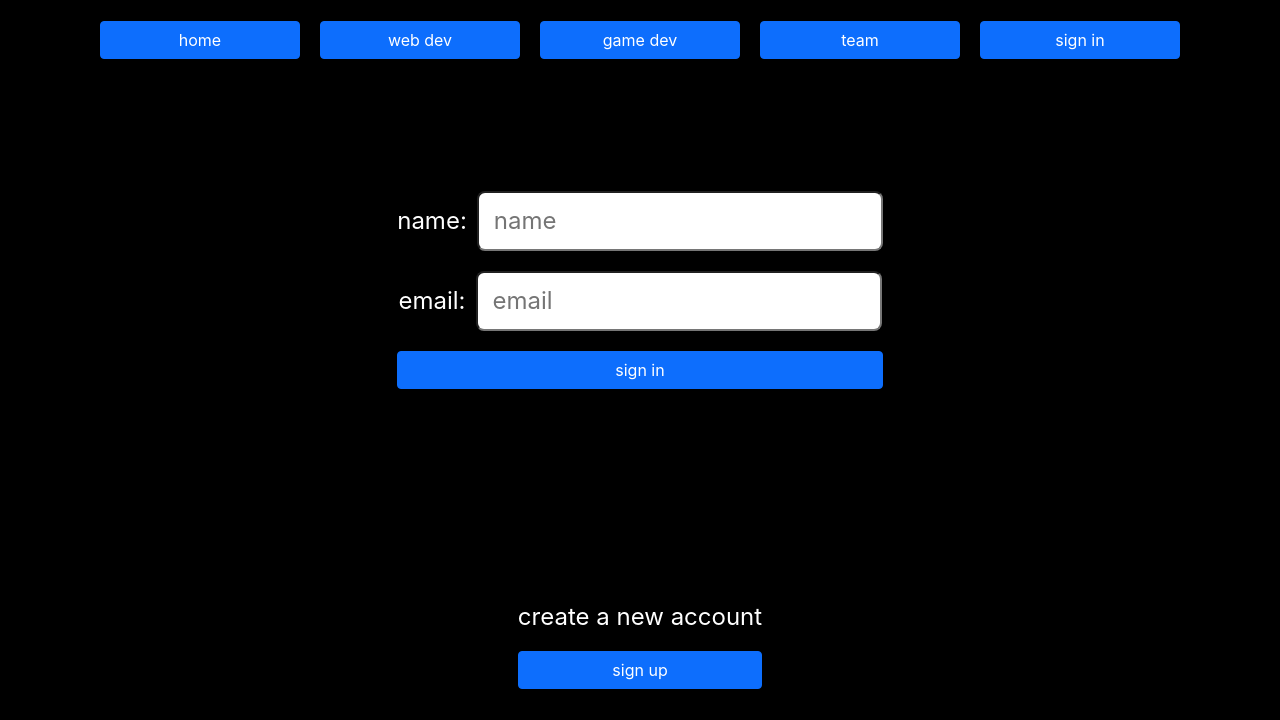
Repository: romAtam/5778
Page: /signin
The author's editor kept a copy of each file at every save. The page is drawn from the files as they stood at one save, then again after the next save.
The browser window is 1280 px wide. The pictures show the whole page.
The project was rebuilt for these pictures with package versions that can differ from the ones it lists, and the page was loaded fresh each time. Also part of the build but not shown: src/Pages/Home.js, src/Pages/Game.js, src/Pages/Web.js, src/Pages/Team.js, src/Pages/User.js, src/Pages/Register.js.

Above is the page before, as saved 2021-12-12 11:43:11.

After the next save:
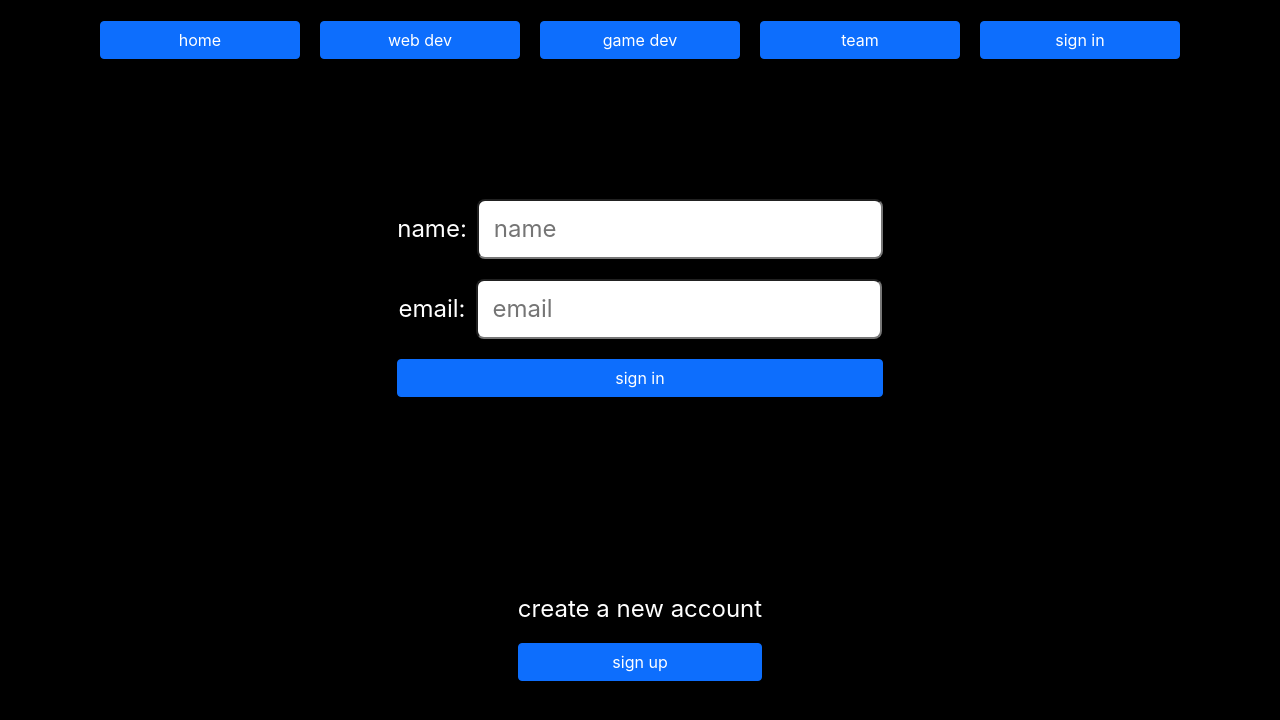
Saved 42 s later.
--- a/src/Pages/Signin.js
+++ b/src/Pages/Signin.js
@@ -16,7 +16,7 @@
 justify-content:center;
 align-items:center;
 color:white;
-padding:1rem 2rem;
+padding:2rem 2rem;
 
 `
 const Form=styled.form`

After the save that followed:
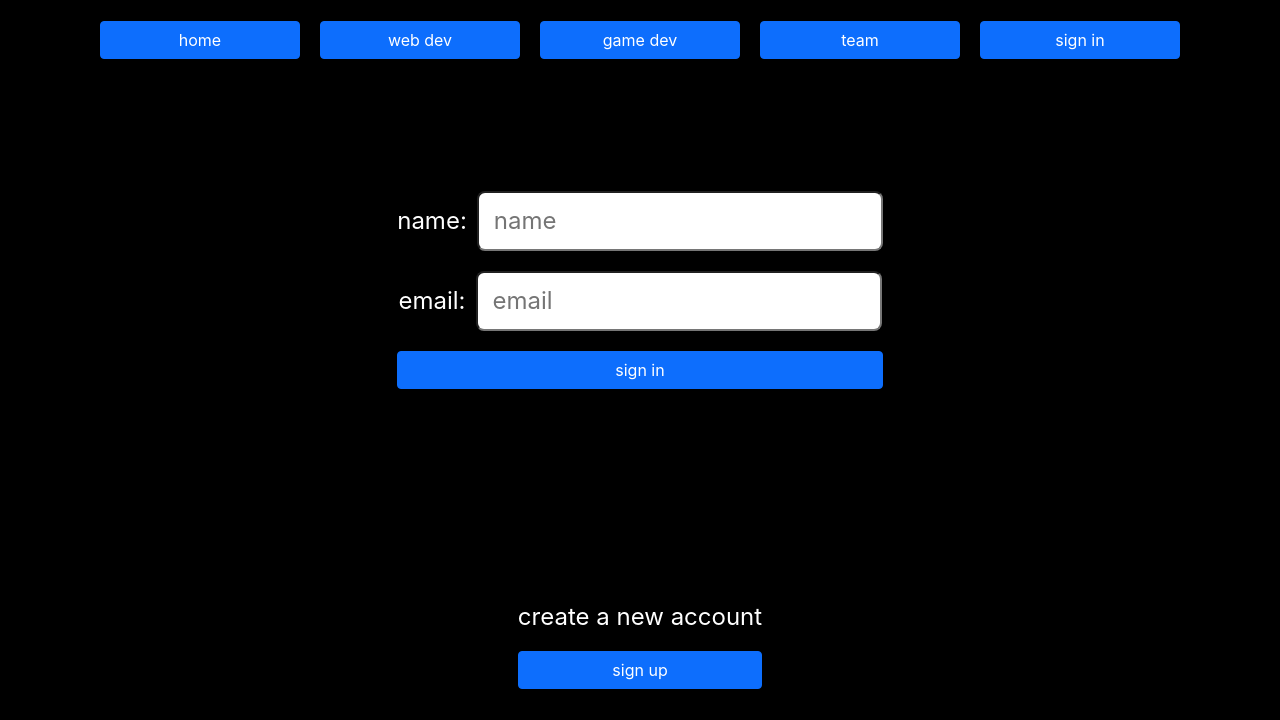
Saved 12 s later.
--- a/src/Pages/Signin.js
+++ b/src/Pages/Signin.js
@@ -16,7 +16,7 @@
 justify-content:center;
 align-items:center;
 color:white;
-padding:2rem 2rem;
+padding:1rem 2rem;
 
 `
 const Form=styled.form`
